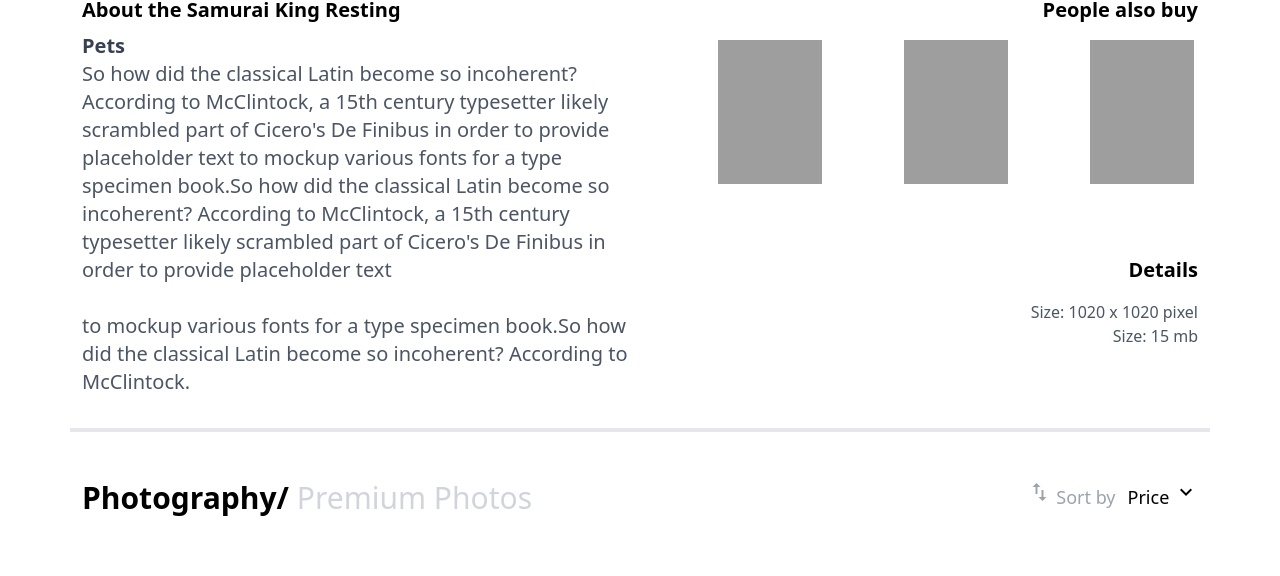
Repository: latenightsnacc/cra-template-html
Page: index.html
These files come from the project's save history. The page is drawn as it stood at one moment and after the next save; the edit follows.
The browser window is 1280 px wide. The pictures show the part of the page from y = 528 to 1104 px (the page is 2228 px tall).
Pictures or frames that could not be fetched are drawn as grey boxes. A picture or video elsewhere on the page could not be fetched, so the positions and the page height are approximate.

Above is the page before, as saved 2021-04-22 16:06:00.

After the next save:
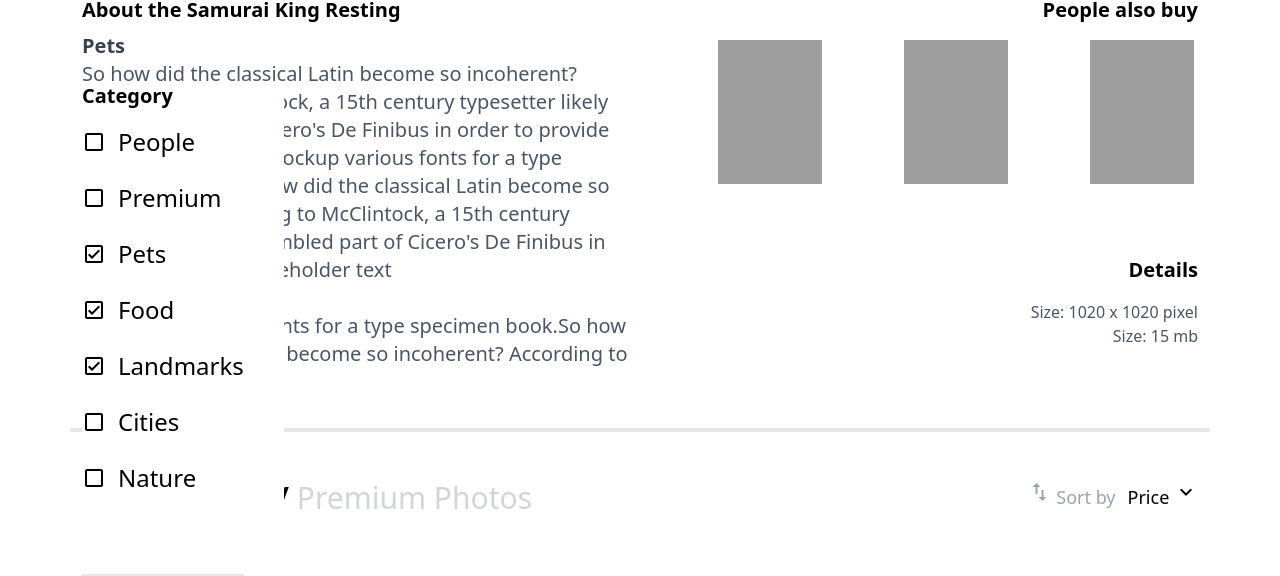
Saved 102 s later.
--- a/index.html
+++ b/index.html
@@ -162,6 +162,55 @@
                         <span class="material-icons-outlined">filter_alt</span>
                     </li>
                 </ul>
+                <!--MOBILE MENU-->
+                <div class="absolute bottom-0">
+                    <div class="bg-white">
+                        <!--Category Menu-->
+                        <div class="mr-10 border-b-2 border-b-gray-300">
+
+                            <ul class="pl-0 pb-5">
+                                <div class="text-black font-bold text-xl capitalize mb-3">category</div>
+
+                                <li class="flex flex-row items-center space-around capitalize text-2xl text-black mb-4">
+                                    <span class="material-icons-outlined mr-3">
+                                    check_box_outline_blank
+                                    </span>
+                                    People
+                                </li>
+                                <li class="flex flex-row items-center space-around capitalize text-2xl text-black mb-4">
+                                    <span class="material-icons-outlined mr-3">
+                                    check_box_outline_blank
+                                    </span>
+                                    Premium
+                                </li>
+                                <li class="flex flex-row items-center space-around capitalize text-2xl text-black mb-4">
+                                    <span class="material-icons-outlined mr-3">check_box</span>
+                                    pets
+                                </li>
+                                <li class="flex flex-row items-center space-around capitalize text-2xl text-black mb-4">
+                                    <span class="material-icons-outlined mr-3">check_box</span>
+                                    food
+                                </li>
+                                <li class="flex flex-row items-center space-around capitalize text-2xl text-black mb-4">
+                                    <span class="material-icons-outlined mr-3">check_box</span>
+                                    landmarks
+                                </li>
+                                <li class="flex flex-row items-center space-around capitalize text-2xl text-black mb-4">
+                                    <span class="material-icons-outlined mr-3">
+                                    check_box_outline_blank
+                                    </span>
+                                    cities
+                                </li>
+                                <li class="flex flex-row items-center space-around capitalize text-2xl text-black mb-3">
+                                    <span class="material-icons-outlined mr-3">
+                                    check_box_outline_blank
+                                    </span>
+                                    nature
+                                </li>
+                            </ul>
+                        </div>
+                    </div>
+                </div>
             </nav>
 
             <div class="flex flex-row">
